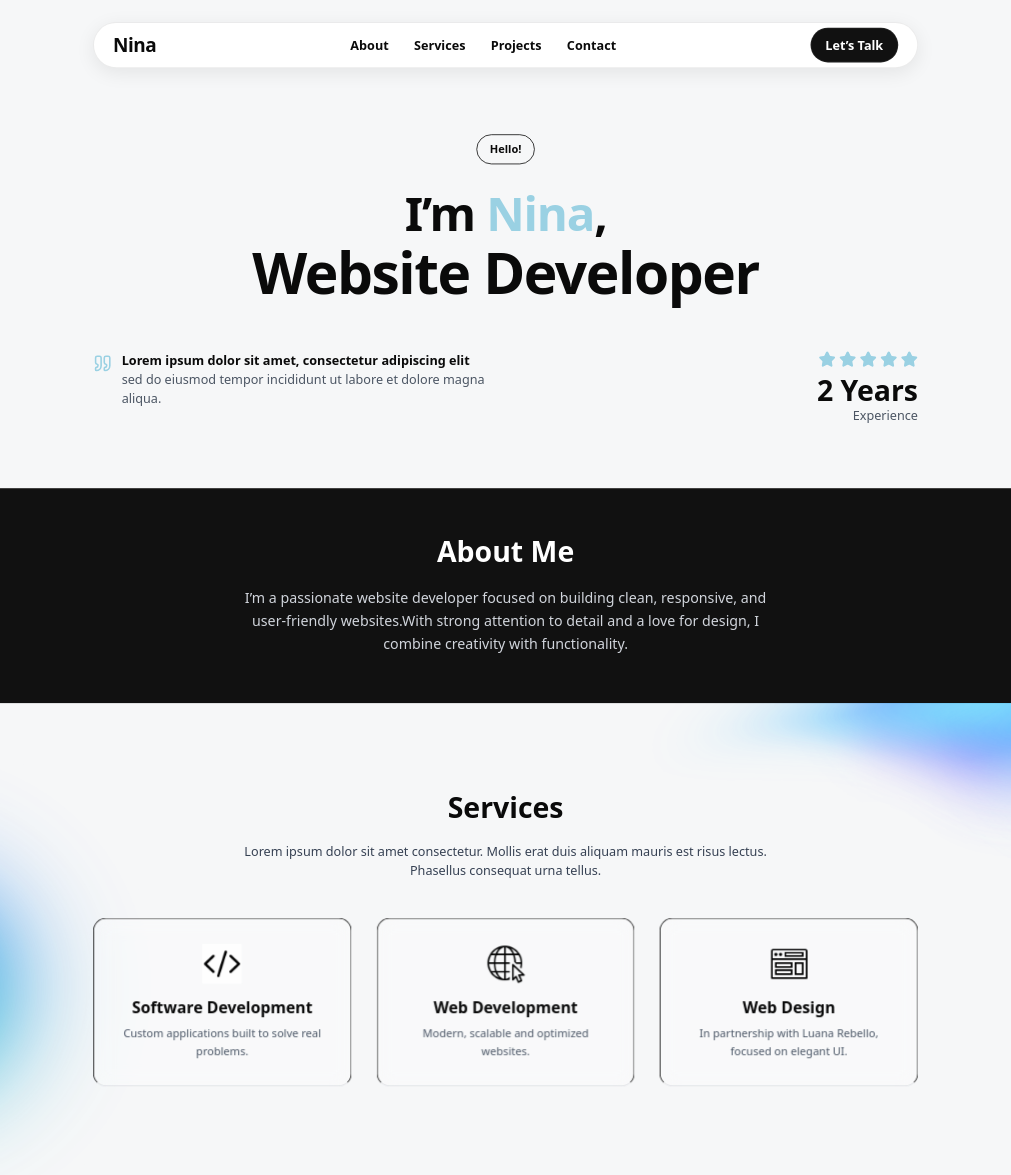
Repository: nina-rebello/portfolio
Page: /
The author's editor kept a copy of each file at every save. The page is drawn from the files as they stood at one save, then again after the next save.
The browser window is 1280 px wide. The pictures show the whole page, at 79% of full size.
The project was rebuilt for these pictures with package versions that can differ from the ones it lists, and the page was loaded fresh each time. The framework's server and built-in components were replaced by stand-ins that run in the browser. Also part of the build but not shown: next.config.ts.

Above is the page before, as saved 2025-09-11 17:01:46.

After the next save:
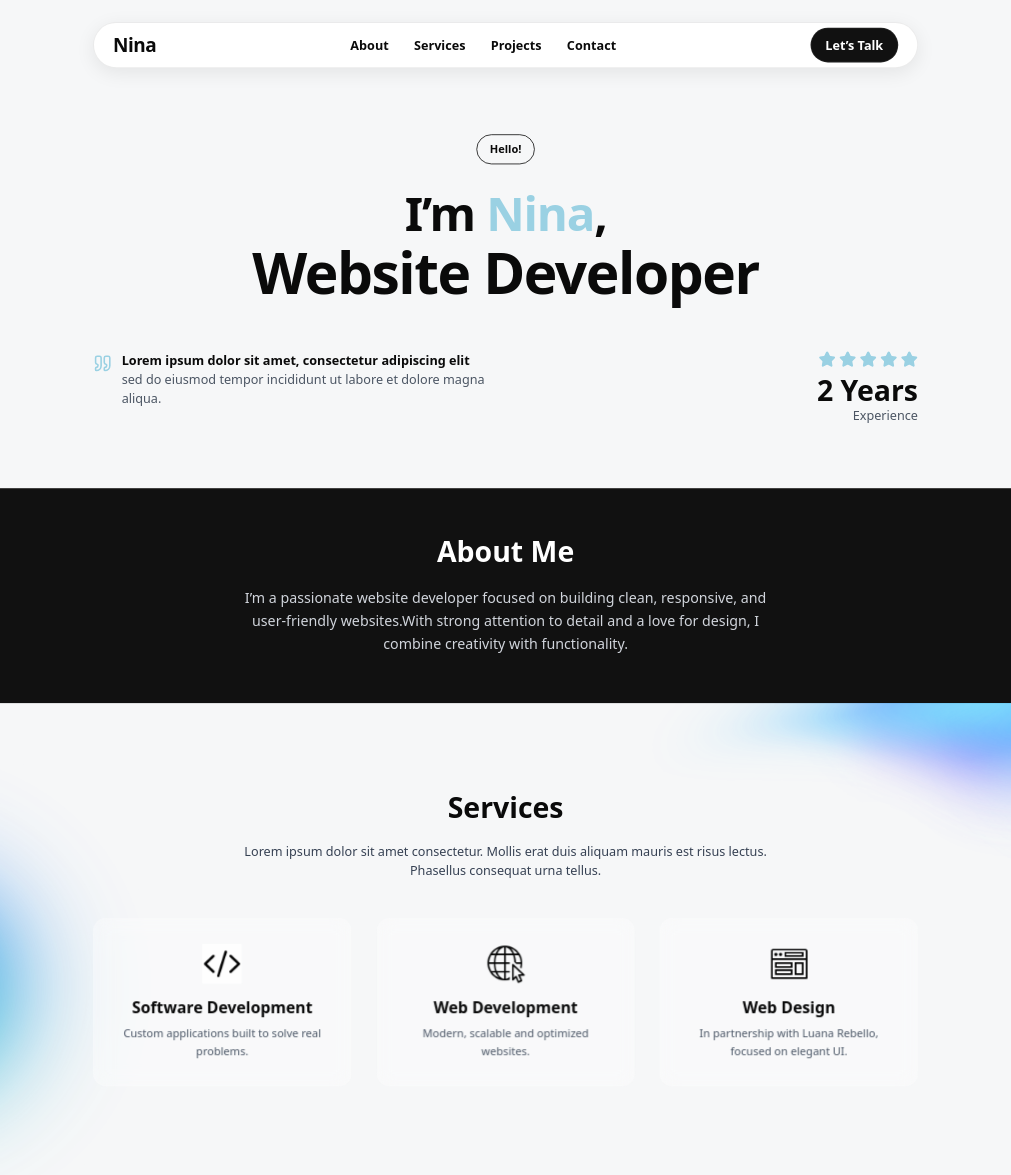
Saved 22 s later.
--- a/components/sections/Services.tsx
+++ b/components/sections/Services.tsx
@@ -53,7 +53,7 @@ export default function Services() {
             <div
               key={s.title}
               className="rounded-2xl p-8 backdrop-blur-md hover:shadow-xl transition
-                       bg-white/30 border border-b-gray-500/20"
+                       bg-white/30 border border-white/20"
               >
               <Image
                 src={s.icon}
